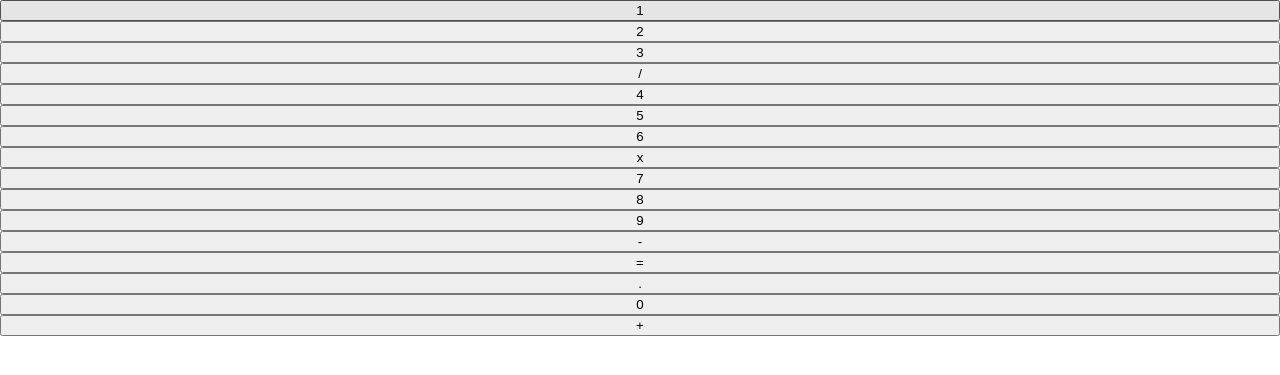
Repository: hoangphuong965/calculator_react
Page: /
The author's editor kept a copy of each file at every save. The page is drawn from the files as they stood at one save, then again after the next save.
The browser window is 1280 px wide. The pictures show the whole page.
The project was rebuilt for these pictures with package versions that can differ from the ones it lists, and the page was loaded fresh each time.

Above is the page before, as saved 2020-08-04 08:05:27.

After the next save:
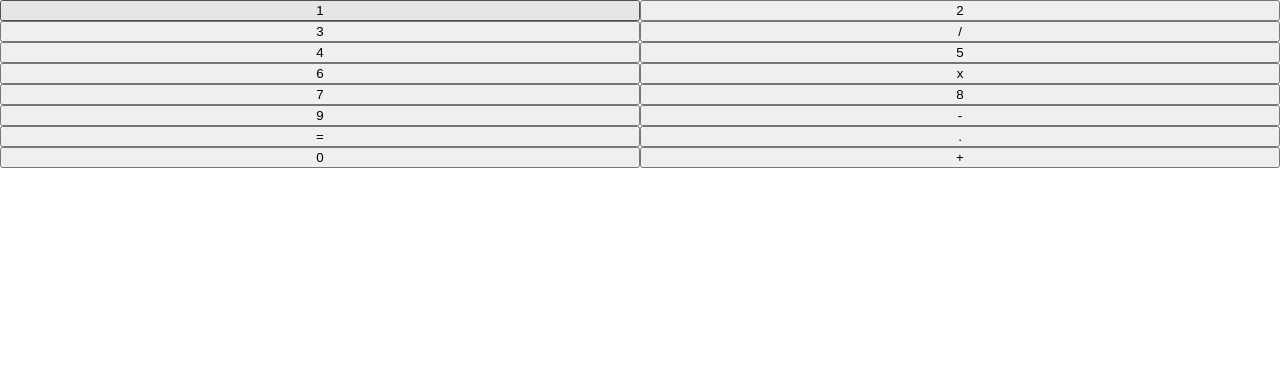
Saved 4 s later.
--- a/src/App.css
+++ b/src/App.css
@@ -41,5 +41,5 @@
 
 .key-number{
   display: grid;
-  grid-template-columns: auto;
+  grid-template-columns: 1fr 1fr ;
 }
